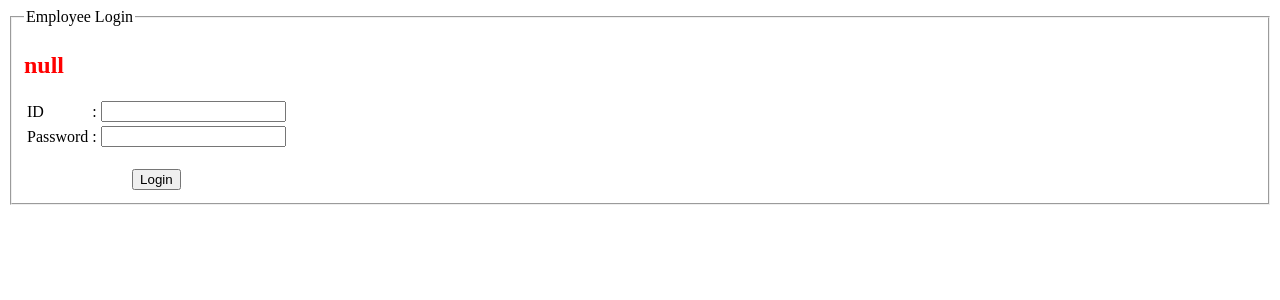
Repository: anishhegde14/TY_CG_HTD_BangaloreNovember_JFS_ANISHHEGDE
Page: http://localhost/mywebapp/loginForm
The author's editor kept a copy of each file at every save. The page is drawn from the files as they stood at one save, then again after the next save.
The browser window is 1280 px wide. The pictures show the whole page.
The page is served by Tomcat 9. Other server files are loaded and not shown.

Above is the page before, as saved 2019-12-17 13:15:05.

### ServletsandSprings/mywebapp/src/main/webapp/loginFormJsp.jsp
<%@ page language="java" contentType="text/html; charset=ISO-8859-1"
    pageEncoding="ISO-8859-1"%>
    <% String msg=(String)request.getAttribute("msg"); %>
<!DOCTYPE html>
<html>
<head>
<meta charset="ISO-8859-1">
<title>Insert title here</title>
</head>
<body>
	<fieldset>
	<h2 style='color:red'><%=msg%></h2>
		<legend>Employee Login</legend>
		<form action="./login2" method="post">
			<table>
				<tr>

					<td>ID</td>
					<td>:</td>
					<td><input type="number" name="empid" required></td>
				</tr><tr>
				<td>Password</td>
				<td>:</td>
				<td> <input type="password" name="password" required></td>
				</tr>

				<tr>

					<td colspan="3" align="center"><br> <input type="submit"
						value="Login"></td>
				</tr>
			</table>

		</form>

	</fieldset>
</body>
</html>

After the next save:
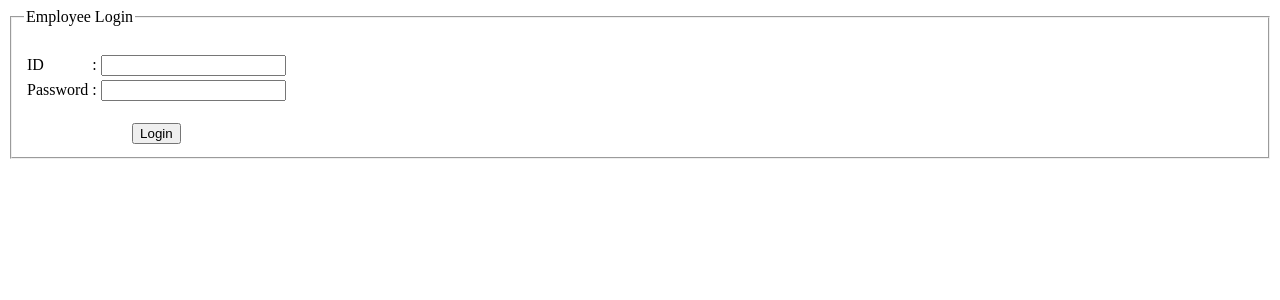
Saved 5 min 37 s later.
--- a/ServletsandSprings/mywebapp/src/main/webapp/loginFormJsp.jsp
+++ b/ServletsandSprings/mywebapp/src/main/webapp/loginFormJsp.jsp
@@ -9,7 +9,11 @@
 </head>
 <body>
 	<fieldset>
-	<h2 style='color:red'><%=msg%></h2>
+	<h2 style='color:red'><%if(msg!=null && !msg.isEmpty()){%>
+
+<%=msg%>
+<%} %>
+	</h2>
 		<legend>Employee Login</legend>
 		<form action="./login2" method="post">
 			<table>
